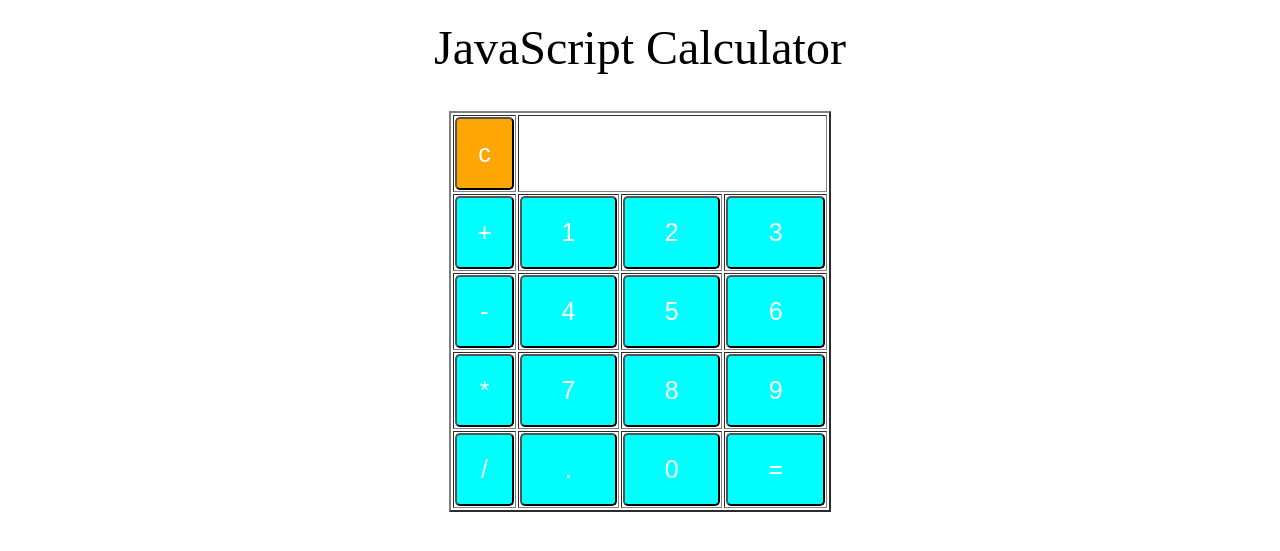
Repository: spidero7/Simple-Calculator
Page: index.html
An editor plug-in stored every save of this project. The page is shown before and after a run of saves, followed by the edit.
The browser window is 1280 px wide. The pictures show the whole page.

Above is the page before, as saved 2021-09-15 08:33:36.

After the next 2 saves:
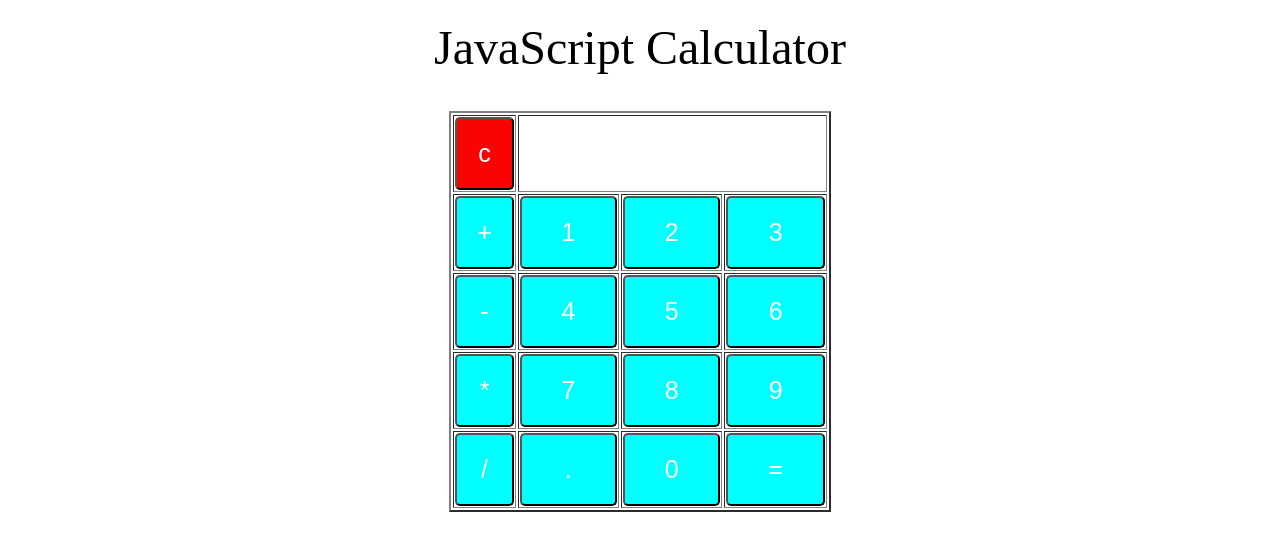
The 2 saves are shown as one change because they came seconds apart.
The last was saved 35 s later.
--- a/style.css
+++ b/style.css
@@ -45,5 +45,5 @@ input[type="text"] {
 }
 
 input[value="c"] {
-    background-color: rgb(253, 166, 4);
+    background-color: rgb(250, 3, 3);
 }
